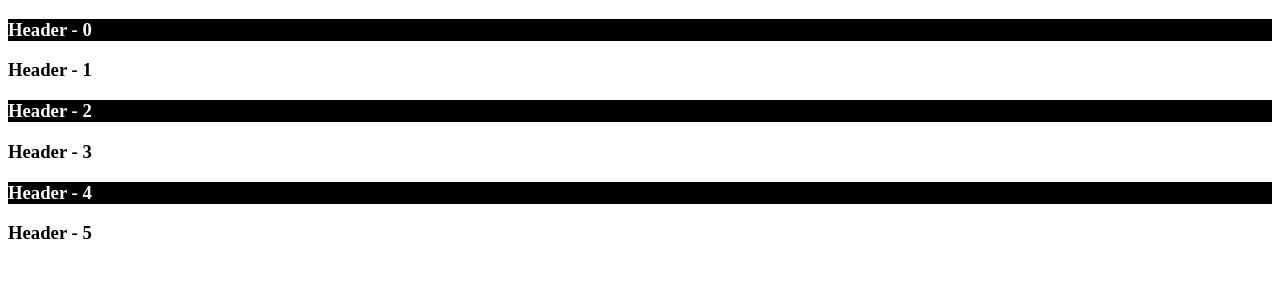
Repository: chlguswns1/web-practice
Page: jQuery/src/main/webapp/02_DOM_Search.html
The author's editor kept a copy of each file at every save. The page is drawn from the files as they stood at one save, then again after the next save.
The browser window is 1280 px wide. The pictures show the whole page.

Above is the page before, as saved 2023-03-09 04:13:04.

After the next save:
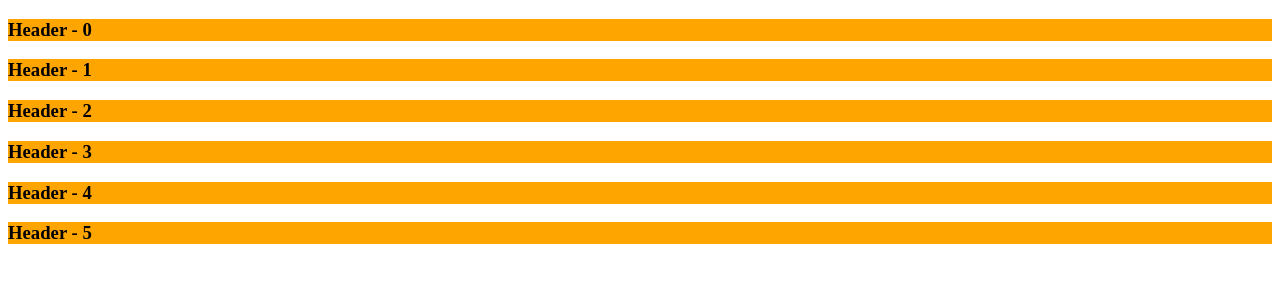
Saved 5 min 34 s later.
--- a/jQuery/src/main/webapp/02_DOM_Search.html
+++ b/jQuery/src/main/webapp/02_DOM_Search.html
@@ -9,7 +9,7 @@
 
 <script src="./js/jquery-3.6.3.js"></script>
 <script type="text/javascript">
-/* 1. 기본 필터링 메서드 */
+/* 1. 기본 필터링 메서드
 //   - filter() 메서드 사용 두 가지 형태
 //     1) $(selector).filter(selector);
 //     2) $(selector).filter(function(index){});
@@ -35,11 +35,14 @@
 	}).css({backgroundColor:'black',
 		color:'white'});
 
-
+	*/
 /* 2. 문서 객체 탐색 종료 */
 	// 예제1.
 	// 체이닝을 사용해 한 줄로 서로 다른 문서 객체에 스타일 적용 가능
 
+	$(function () {
+		$('h3').css('background','orange').filter('even').css('color','red')
+	})
 
 	// 예제2.
 
